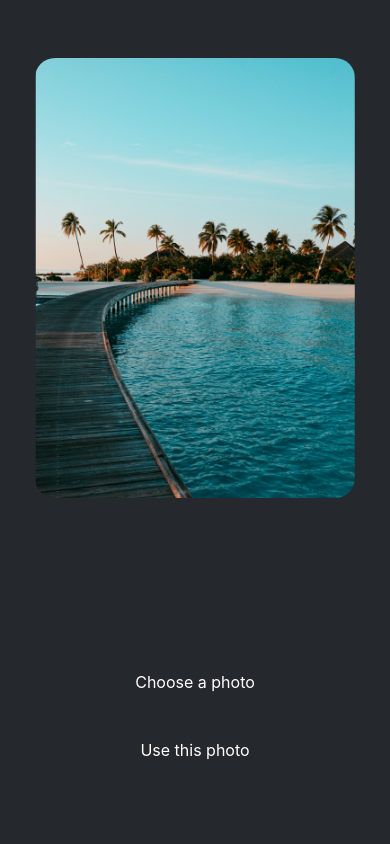
Repository: Ghostlybot16/Capstone_Proj
Screen: /
These files come from the project's save history. The screen is drawn as it stood at one moment and after the next save; the edit follows.
The app was drawn by React Native's web renderer in a window 390 px wide. The project was rebuilt for these pictures with package versions that can differ from the ones it lists, and the page was loaded fresh each time.

Above is the screen before, as saved 2024-09-21 10:26:19.

### App.js
import { StatusBar } from "expo-status-bar";
import { StyleSheet, View} from "react-native";

import Button from './Components/Button';
import ImageViewer from './Components/ImageViewer';

const PlaceholderImage = require("./assets/images/background-image.png");

export default function App() {
  return (
    <View style={styles.container}>
      <View style={styles.imageContainer}>
        <ImageViewer placeholderImageSource={PlaceholderImage} />
      </View>
      <View style={styles.footerContainer}>
        <Button label="Choose a photo" />
        <Button label="Use this photo" />
      </View>
      <StatusBar style="auto" />
    </View>
  );
}

const styles = StyleSheet.create({
  container: {
    flex: 1,
    backgroundColor: '#25292e',
    alignItems: 'center',
  },
  imageContainer: {
    flex: 1,
    paddingTop: 58,
  },
  footerContainer: {
    flex: 1 / 3,
    alignItems: 'center',
  },
});

### Components/Button.js
import { StyleSheet, View, Pressable, Text } from 'react-native';
import FontAwesome from "@expo/vector-icons/FontAwesome";

export default function Button({ label, theme }) {
  if (theme === "primary") {
    return (
      <View style={[styles.buttonContainer, { borderWidth: 4, borderColor: "#ffd33d", borderRadius: 18 }]}>
        <Pressable
          style={[styles.button, { backgroundColor: "#fff" }]}
          onPress={() => alert('You pressed a button.')}
        >
          <FontAwesome
            name="picture-o"
            size={18}
            color="#25292e"
            style={styles.buttonIcon}
          />
          <Text style={[styles.buttonLabel, { color: "#25292e" }]}>{label}</Text>
        </Pressable>
      </View>
    );
  }

  return (
    <View style={styles.buttonContainer}>
        <Pressable style={styles.button} onPress={() => alert('You pressed a button.')}>
          <Text style={styles.buttonLabel}>{label}</Text>
        </Pressable>
      </View>
  );
}

const styles = StyleSheet.create({
  buttonContainer: {
    width: 320,
    height: 68,
    marginHorizontal: 20,
    alignItems: 'center',
    justifyContent: 'center',
    padding: 3,
  },
  button: {
    borderRadius: 10,
    width: '100%',
    height: '100%',
    alignItems: 'center',
    justifyContent: 'center',
    flexDirection: 'row',
  },
  buttonIcon: {
    paddingRight: 8,
  },
  buttonLabel: {
    color: '#fff',
    fontSize: 16,
  },
});

### Components/ImageViewer.js
import { StyleSheet, Image } from 'react-native';

export default function ImageViewer({ placeholderImageSource }) {
  return (
    <Image source={placeholderImageSource} style={styles.image} />
  );
}

const styles = StyleSheet.create({
  image: {
    width: 320,
    height: 440,
    borderRadius: 20,
  },
});

After the next save:
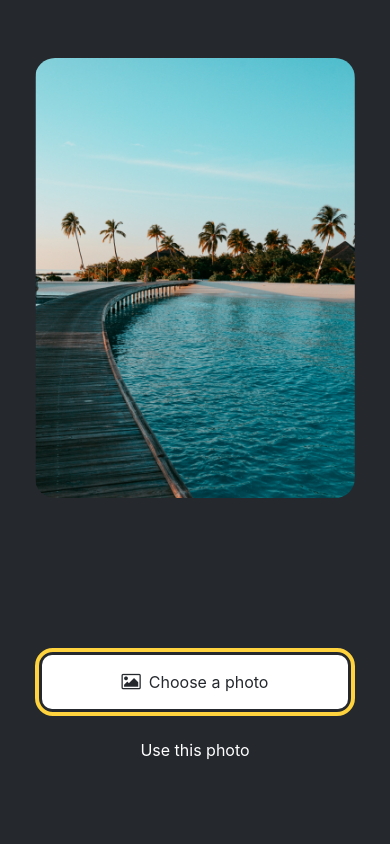
Saved 99 s later.
--- a/App.js
+++ b/App.js
@@ -13,13 +13,14 @@ export default function App() {
         <ImageViewer placeholderImageSource={PlaceholderImage} />
       </View>
       <View style={styles.footerContainer}>
-        <Button label="Choose a photo" />
+        <Button theme="primary" label="Choose a photo" />
         <Button label="Use this photo" />
       </View>
       <StatusBar style="auto" />
     </View>
   );
 }
+
 
 const styles = StyleSheet.create({
   container: {
